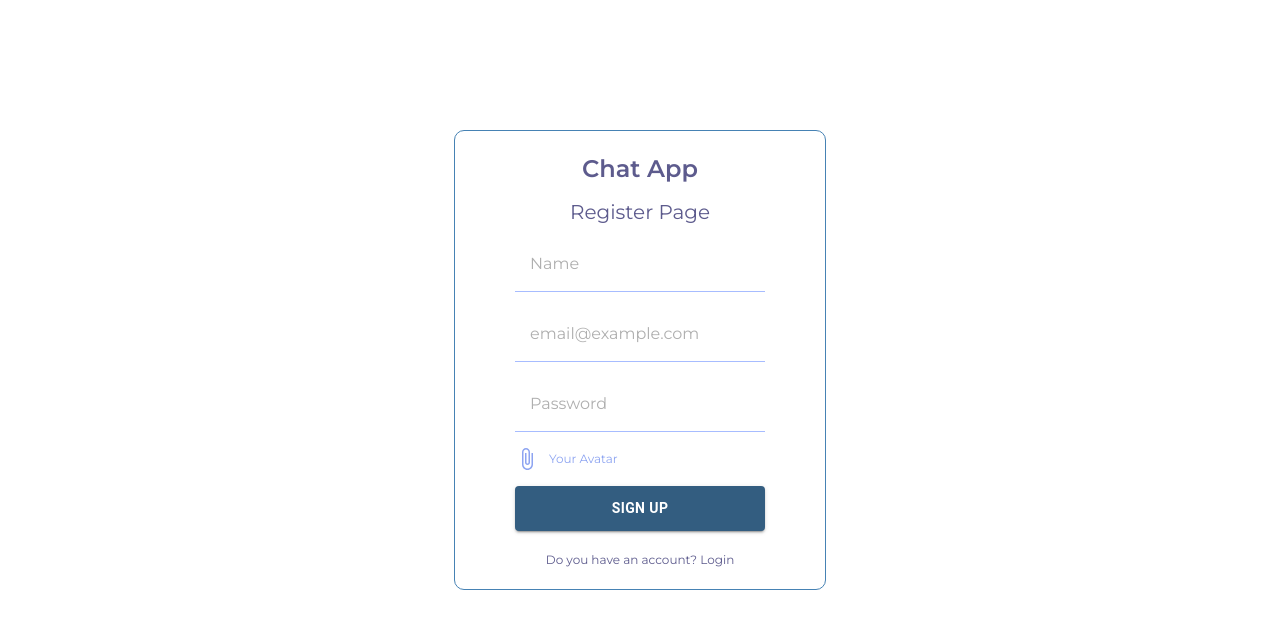
Repository: Nurlan-Bakenbaev/chat-app
Page: /register
The author's editor kept a copy of each file at every save. The page is drawn from the files as they stood at one save, then again after the next save.
The browser window is 1280 px wide. The pictures show the whole page.
The project was rebuilt for these pictures with package versions that can differ from the ones it lists, and the page was loaded fresh each time. Also part of the build but not shown: vite.config.js, src/components/Search.jsx, src/components/Chats.jsx, src/components/Navbar.jsx, src/components/SideBar.jsx, src/components/Message.jsx, src/components/Messages.jsx, src/components/Input.jsx and 2 more. Imported but missing from the stored project, and not drawn on this page: src/pages/Login.

Above is the page before, as saved 2023-08-23 19:52:07.

After the next save:
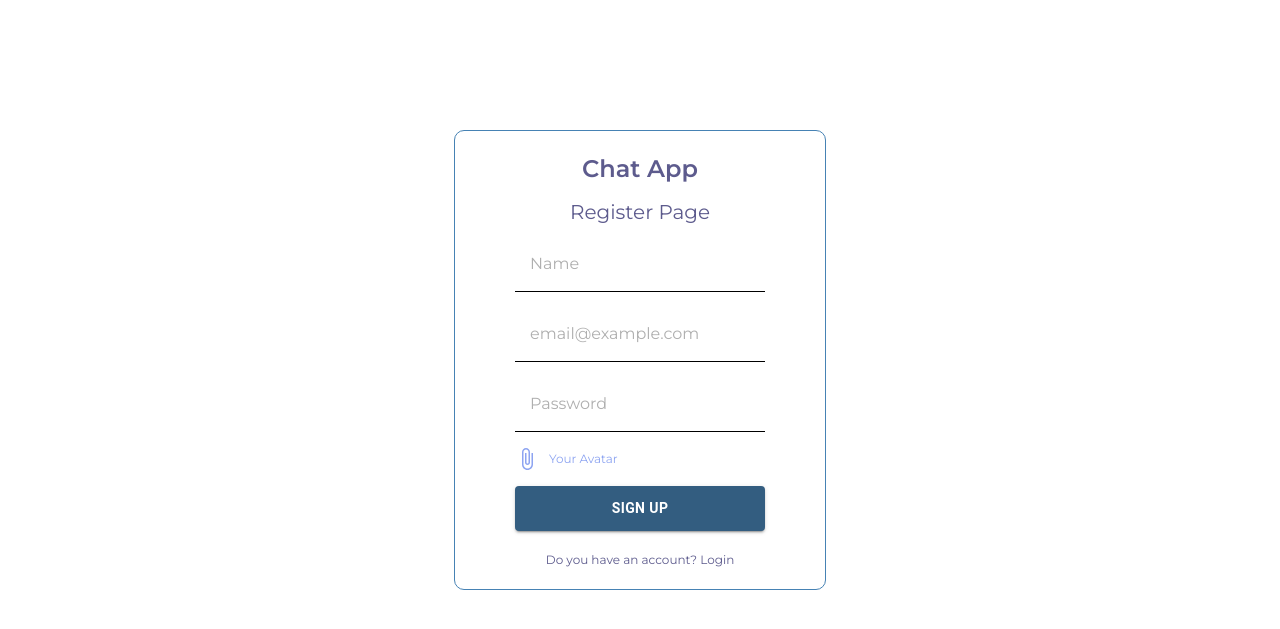
Saved 36 s later.
--- a/src/style.scss
+++ b/src/style.scss
@@ -51,7 +51,7 @@
         padding: 15px;
         border: none;
         width: 250px;
-        border-bottom: 1px solid #a7bcff;
+        border-bottom: 1px solid #000000;
         &::placeholder {
           color: rgb(175, 175, 175);
         }
